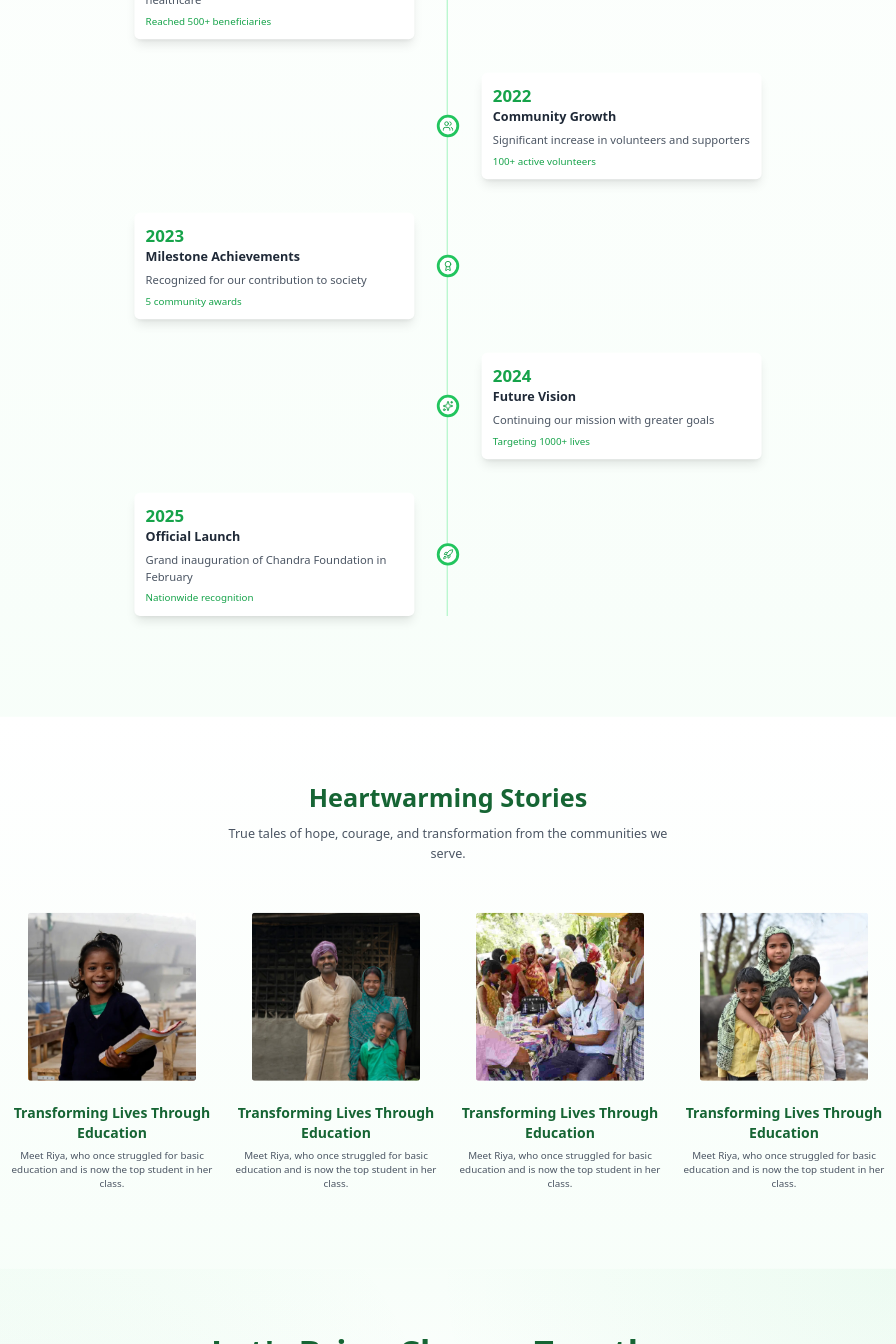
Repository: rajukumar2003/chandra-foundation
Page: /
The author's editor kept a copy of each file at every save. The page is drawn from the files as they stood at one save, then again after a run of saves.
The browser window is 1280 px wide. The pictures show the part of the page from y = 4580 to 6500 px (the page is 7141 px tall), at 70% of full size.
The project was rebuilt for these pictures with package versions that can differ from the ones it lists, and the page was loaded fresh each time. The framework's server and built-in components were replaced by stand-ins that run in the browser. Also part of the build but not shown: next.config.ts.

Above is the page before, as saved 2025-04-15 09:09:10.

### app/layout.tsx
import type { Metadata } from "next";
import { Geist, Geist_Mono } from "next/font/google";
import "./globals.css";
import Navbar from "./components/navbar";
import Footer from "./components/Footer";
import { LanguageProvider } from "./contexts/LanguageContext";

const geistSans = Geist({
  variable: "--font-geist-sans",
  subsets: ["latin"],
});

const geistMono = Geist_Mono({
  variable: "--font-geist-mono",
  subsets: ["latin"],
});

export const metadata: Metadata = {
  title: "Create Next App",
  description: "Generated by create next app",
};

export default function RootLayout({
  children,
}: Readonly<{
  children: React.ReactNode;
}>) {
  return (
    <html lang="en">
      <body
        className={`${geistSans.variable} ${geistMono.variable} antialiased`}
      >
        <LanguageProvider>
          <Navbar />
          {children}
          <Footer />
        </LanguageProvider>
      </body>
    </html>
  );
}

### app/(root)/page.tsx
import AboutUs from "../components/AboutUs";
import HeroSection from "../components/HeroSection";
import OurPrograms from "../components/OurPrograms";
import ImpactSection from "../components/ImpactSection"
import StorySection from "../components/StorySection";
// import FoundersMessage from "../components/FoundersMessage";
import HistoryTimeline from "../components/HistoryTimeline";
import CtaSection from "../components/CtaSection";
import WhyCare from "../components/WhyCare";

export default function Home() {
  return (
    <main className="overflow-hidden">
      <HeroSection />
      <WhyCare/>
      <AboutUs />
      <OurPrograms />
      <ImpactSection />
      <HistoryTimeline/>
      <StorySection/>
      {/* <FoundersMessage/> */}
      <CtaSection/>
    </main>
  );
}

### app/globals.css
@tailwind base;
@tailwind components;
@tailwind utilities;
@layer base {
  :root {
    --background: 0 0% 100%;
    --foreground: 0 0% 3.9%;
    --card: 0 0% 100%;
    --card-foreground: 0 0% 3.9%;
    --popover: 0 0% 100%;
    --popover-foreground: 0 0% 3.9%;
    --primary: 0 0% 9%;
    --primary-foreground: 0 0% 98%;
    --secondary: 0 0% 96.1%;
    --secondary-foreground: 0 0% 9%;
    --muted: 0 0% 96.1%;
    --muted-foreground: 0 0% 45.1%;
    --accent: 0 0% 96.1%;
    --accent-foreground: 0 0% 9%;
    --destructive: 0 84.2% 60.2%;
    --destructive-foreground: 0 0% 98%;
    --border: 0 0% 89.8%;
    --input: 0 0% 89.8%;
    --ring: 0 0% 3.9%;
    --chart-1: 12 76% 61%;
    --chart-2: 173 58% 39%;
    --chart-3: 197 37% 24%;
    --chart-4: 43 74% 66%;
    --chart-5: 27 87% 67%;
    --radius: 0.5rem
  }
  .dark {
    --background: 0 0% 3.9%;
    --foreground: 0 0% 98%;
    --card: 0 0% 3.9%;
    --card-foreground: 0 0% 98%;
    --popover: 0 0% 3.9%;
    --popover-foreground: 0 0% 98%;
    --primary: 0 0% 98%;
    --primary-foreground: 0 0% 9%;
    --secondary: 0 0% 14.9%;
    --secondary-foreground: 0 0% 98%;
    --muted: 0 0% 14.9%;
    --muted-foreground: 0 0% 63.9%;
    --accent: 0 0% 14.9%;
    --accent-foreground: 0 0% 98%;
    --destructive: 0 62.8% 30.6%;
    --destructive-foreground: 0 0% 98%;
    --border: 0 0% 14.9%;
    --input: 0 0% 14.9%;
    --ring: 0 0% 83.1%;
    --chart-1: 220 70% 50%;
    --chart-2: 160 60% 45%;
    --chart-3: 30 80% 55%;
    --chart-4: 280 65% 60%;
    --chart-5: 340 75% 55%
  }
}
@layer base {
  * {
    @apply border-border;
  }
  body {
    @apply bg-background text-foreground;
  }
}

@keyframes float {
  0%, 100% {
    transform: translateY(0);
  }
  50% {
    transform: translateY(-20px);
  }
}

@keyframes float-delayed {
  0%, 100% {
    transform: translateY(0);
  }
  50% {
    transform: translateY(-15px);
  }
}

.animate-float {
  animation: float 6s ease-in-out infinite;
}

.animate-float-delayed {
  animation: float-delayed 5s ease-in-out infinite;
  animation-delay: 1s;
}

### app/contexts/LanguageContext.tsx
"use client"

import type React from "react"
import { createContext, useState, useContext, useEffect, type ReactNode } from "react"
import en from "../i18n/locales/en"
import hi from "../i18n/locales/hi"

// Define available languages
export type Language = "en" | "hi"

// Define the shape of our translations
export type TranslationsType = typeof en

// Define the context shape
interface LanguageContextType {
  language: Language
  translations: TranslationsType
  setLanguage: (language: Language) => void
  t: (key: string) => string
}

// Create the context with default values
const LanguageContext = createContext<LanguageContextType>({
  language: "en",
  translations: en,
  setLanguage: () => {},
  t: () => "",
})

// Provider component
interface LanguageProviderProps {
  children: ReactNode
}

export const LanguageProvider: React.FC<LanguageProviderProps> = ({ children }) => {
  // Get initial language from localStorage if available, otherwise default to 'en'
  const [language, setLanguage] = useState<Language>("en")
  const [translations, setTranslations] = useState<TranslationsType>(en)

  // Load saved language preference from localStorage on initial render
  useEffect(() => {
    const savedLanguage = localStorage.getItem("language") as Language
    if (savedLanguage && (savedLanguage === "en" || savedLanguage === "hi")) {
      setLanguage(savedLanguage)
    }
  }, [])

  // Update translations when language changes
  useEffect(() => {
    // Save language preference to localStorage
    localStorage.setItem("language", language)

    // Set translations based on selected language
    setTranslations(language === "en" ? en : hi)
  }, [language])

  // Translation function
  const t = (key: string): string => {
    // Split the key by dots to access nested properties
    const keys = key.split(".")

    // Try to get the translation
    let translation: any = translations

    for (const k of keys) {
      if (translation && translation[k] !== undefined) {
        translation = translation[k]
      } else {
        // If translation not found, try to get it from English as fallback
        let fallback: any = en
        for (const fk of keys) {
          if (fallback && fallback[fk] !== undefined) {
            fallback = fallback[fk]
          } else {
            return key // Return the key itself if not found in fallback
          }
        }
        return typeof fallback === "string" ? fallback : key
      }
    }

    return typeof translation === "string" ? translation : key
  }

  return (
    <LanguageContext.Provider value={{ language, translations, setLanguage, t }}>{children}</LanguageContext.Provider>
  )
}

// Custom hook for using the language context
export const useLanguage = () => useContext(LanguageContext)

### app/components/AboutUs.tsx
"use client";

import { Button } from "@/components/ui/button";
import Image from "next/image";
import { useRouter } from "next/navigation";
import { useLanguage } from "../contexts/LanguageContext";

export default function AboutUs() {
  const router = useRouter();
  const { translations } = useLanguage();

  const handleKnowMore = () => {
    router.push("/aboutUs");
  };

  return (
    <div className="bg-gradient-to-b from-green-50/50 to-white">
      <section className="container mx-auto px-4 py-16 lg:py-24">
        <div className="text-center mb-16">
          <h2 className="text-3xl md:text-4xl font-bold text-green-800 mb-4">
          {translations.about.title}
          </h2>
          {/* <div className="w-20 h-1 bg-green-600 mx-auto"></div> */}
        </div>

        <div className="grid lg:grid-cols-2 gap-12 lg:gap-16 items-start">
          {/* Left Side: Image */}
          <div className="relative aspect-[4/3] w-full max-w-md mx-auto lg:max-w-none rounded-2xl overflow-hidden shadow-xl">
            <Image
              src="/images/about us.jpg"
              alt="About Chandra Foundation"
              fill
              className="object-cover"
              sizes="(max-width: 768px) 100vw, 40vw"
            />
          </div>

          {/* Right Side: Content */}
          <div className="space-y-16">
            <div>
              {/* <h3 className="text-2xl font-semibold text-green-700 mb-3">
                About Us
              </h3> */}
              <p className="text-gray-600 leading-relaxed">
              {translations.about.desc}
              </p>
            </div>

            {/* Quote */}
            <blockquote className="relative pl-4 border-l-4 border-green-500 italic text-gray-700 text-xl">
            {translations.about.quote}
              <div className="w-2 h-2 bg-green-500 absolute -left-[5px] -top-2 rounded-full"></div>
              <div className="w-2 h-2 bg-green-500 absolute -left-[5px] -bottom-2 rounded-full"></div>
            </blockquote>

            <div className="grid md:grid-cols-2 gap-8">
              <div>
                <h3 className="text-xl font-semibold text-green-700 mb-3 flex items-center">
                  <span className="w-8 h-[2px] bg-green-500 mr-3"></span>
                  {translations.vision.title}
                </h3>
                <p className="text-gray-600 leading-relaxed">
                {translations.vision.desc}
                </p>
              </div>

              <div>
                <h3 className="text-xl font-semibold text-green-700 mb-3 flex items-center">
                  <span className="w-8 h-[2px] bg-green-500 mr-3"></span>
                  {translations.mission.title}
                </h3>
                <p className="text-gray-600 leading-relaxed">
                {translations.mission.desc}
                </p>
              </div>
            </div>

            <div className="pt-2">
              <Button
                size="lg"
                className="bg-green-600 hover:bg-green-700 text-white rounded-full"
                onClick={handleKnowMore}
              >
                {translations.know.more}
              </Button>
            </div>
          </div>
        </div>
      </section>
    </div>
  );
}

### app/components/StorySection.tsx
'use client'

import { motion } from "framer-motion"
import Image from "next/image"
import { useLanguage } from "../contexts/LanguageContext"

const stories = [
  {
    image: "/images/riyaa.jpg",
    title: "Education Changes Lives",
    description: "Meet Riya, who went from struggling with basic education to becoming a top student in her class.",
    category: "Education"
  },
  {
    image: "/images/family.jpg",
    title: "Nourishing Dreams",
    description: "How our meal program helped Ram's family overcome food insecurity and focus on their children's future.",
    category: "Food Security"
  },
  {
    image: "/images/community_healthcare.jpg",
    title: "Healthcare for All",
    description: "The story of a community that gained access to basic healthcare through our medical camps.",
    category: "Healthcare"
  },
  {
    image: "/images/fam.jpg",
    title: "Building Communities",
    description: "Witness how collective effort transformed a struggling neighborhood into a thriving community.",
    category: "Community"
  }
]

export default function StorySection() {
  const {translations} = useLanguage();

  const stories = [
    {
      image: "/images/riyaa.jpg",
      title: translations.story[1].title,
      description: translations.story[1].desc,
      category: "Education"
    },
    {
      image: "/images/family.jpg",
      title: translations.story[1].title,
      description: translations.story[1].desc,
      category: "Food Security"
    },
    {
      image: "/images/community_healthcare.jpg",
      title: translations.story[1].title,
      description: translations.story[1].desc,
      category: "Healthcare"
    },
    {
      image: "/images/fam.jpg",
      title: translations.story[1].title,
      description: translations.story[1].desc,
      category: "Community"
    }
  ]

  return (
    <section className="py-24 bg-gradient-to-b from-white to-green-50/50">
      <div className="container mx-auto px-4">
        <motion.div
          initial={{ opacity: 0, y: 20 }}
          whileInView={{ opacity: 1, y: 0 }}
          viewport={{ once: true }}
          transition={{ duration: 0.6 }}
          className="text-center mb-16"
        >
          <h2 className="text-3xl md:text-4xl font-bold text-green-800 mb-4">
            {translations.stories.title}
          </h2>
          <p className="text-gray-600 max-w-2xl mx-auto text-lg">
            {translations.stories.desc}
          </p>
        </motion.div>

        <div className="grid grid-cols-1 md:grid-cols-2 lg:grid-cols-4 gap-8">
          {stories.map((story, index) => (
            <motion.div
              key={story.title}
              initial={{ opacity: 0, y: 20 }}
              whileInView={{ opacity: 1, y: 0 }}
              viewport={{ once: true }}
              transition={{ duration: 0.6, delay: index * 0.1 }}
              className="group"
            >
              <div className="text-center space-y-4">
                {/* Image Container */}
                <div className="relative w-64 h-64 mx-auto mb-6">
                  {/* <div className="absolute inset-0 rounded-md border-2 border-green-200 group-hover:border-green-400 transition-colors duration-300" /> */}
                  <div className="absolute inset-2 rounded-sm overflow-hidden">
                    <Image
                      src={story.image}
                      alt={story.title}
                      fill
                      className="object-cover transition-transform duration-300 group-hover:scale-110"
                    />
                  </div>
                  {/* Category Badge */}
                  {/* <div className="absolute -bottom-2 left-1/2 -translate-x-1/2 bg-green-600 text-white text-xs px-3 py-1 text-nowrap rounded-full">
                    {story.category}
                  </div> */}
                </div>

                {/* Content */}
                <div>
                  <h3 className="text-xl font-semibold text-green-800 mb-2 group-hover:text-green-600 transition-colors duration-300">
                    {story.title}
                  </h3>
                  <p className="text-gray-600 text-sm mb-4">
                    {story.description}
                  </p>
                </div>

                {/* Read More Link */}
                {/* <Button
                  variant="outline"
                  className="border-green-600 text-green-600 hover:bg-green-600 hover:text-white"
                >
                  Read Full Story
                </Button> */}
              </div>
            </motion.div>
          ))}
        </div>
      </div>
    </section>
  )
}

### app/components/CtaSection.tsx
"use client";

import { motion } from "framer-motion";
import { Button } from "@/components/ui/button";
import { ArrowRight } from "lucide-react";
import { useLanguage } from "../contexts/LanguageContext";
import { useRouter } from "next/navigation";

export default function CtaSection() {
  const router = useRouter();

  const {translations} = useLanguage();

  const handleClick = () => {
    router.push('/contactUs');
  };

  return (
    <section className="py-24 bg-gradient-to-b from-green-50/50 to-white relative overflow-hidden">
      {/* Background Elements */}
      <div className="absolute inset-0">
        <div className="absolute inset-0 bg-[radial-gradient(circle_at_top_right,rgba(34,197,94,0.05),transparent_50%)]" />
        <div className="absolute inset-0 bg-[radial-gradient(circle_at_bottom_left,rgba(34,197,94,0.05),transparent_50%)]" />
      </div>

      <div className="container mx-auto px-4 relative">
        <div className="max-w-5xl mx-auto">
          <motion.div
            initial={{ opacity: 0, y: 20 }}
            whileInView={{ opacity: 1, y: 0 }}
            viewport={{ once: true }}
            transition={{ duration: 0.6 }}
            className="items-center"
          >
            {/* Text Content */}
            <div className="text-center space-y-8">
              <h2 className="text-4xl md:text-5xl font-bold text-green-800 leading-tight">
                {translations.cta.title}
              </h2>
              {/* <p className="text-xl text-gray-600">
                Let's create the{" "}
                <span className="text-green-600 font-semibold">DIFFERENCE</span>{" "}
                our community needs
              </p> */}

              <motion.p
                initial={{ opacity: 0, y: 20 }}
                whileInView={{ opacity: 1, y: 0 }}
                viewport={{ once: true }}
                transition={{ duration: 0.6, delay: 0.4 }}
                className="mt-12 text-xl text-gray-600 italic"
              >
                {translations.cta.quote}
              </motion.p>
              <motion.div
                initial={{ opacity: 0, x: -20 }}
                whileInView={{ opacity: 1, x: 0 }}
                viewport={{ once: true }}
                transition={{ duration: 0.6, delay: 0.2 }}
              >
                <Button
                  size="lg"
                  className="bg-green-600 hover:bg-green-700 text-white group"
                  onClick={handleClick}
                >
                  {translations.cta.join}
                  <ArrowRight className="ml-2 h-4 w-4 transition-transform group-hover:translate-x-1" />
                </Button>
              </motion.div>
            </div>
          </motion.div>
        </div>
      </div>
    </section>
  );
}

### components/ui/button.tsx
import * as React from "react"
import { Slot } from "@radix-ui/react-slot"
import { cva, type VariantProps } from "class-variance-authority"

import { cn } from "@/lib/utils"

const buttonVariants = cva(
  "inline-flex items-center justify-center gap-2 whitespace-nowrap rounded-md text-sm font-medium transition-colors focus-visible:outline-none focus-visible:ring-1 focus-visible:ring-ring disabled:pointer-events-none disabled:opacity-50 [&_svg]:pointer-events-none [&_svg]:size-4 [&_svg]:shrink-0",
  {
    variants: {
      variant: {
        default:
          "bg-primary text-primary-foreground shadow hover:bg-primary/90",
        destructive:
          "bg-destructive text-destructive-foreground shadow-sm hover:bg-destructive/90",
        outline:
          "border border-input bg-background shadow-sm hover:bg-accent hover:text-accent-foreground",
        secondary:
          "bg-secondary text-secondary-foreground shadow-sm hover:bg-secondary/80",
        ghost: "hover:bg-accent hover:text-accent-foreground",
        link: "text-primary underline-offset-4 hover:underline",
      },
      size: {
        default: "h-9 px-4 py-2",
        sm: "h-8 rounded-md px-3 text-xs",
        lg: "h-10 rounded-md px-8",
        icon: "h-9 w-9",
      },
    },
    defaultVariants: {
      variant: "default",
      size: "default",
    },
  }
)

export interface ButtonProps
  extends React.ButtonHTMLAttributes<HTMLButtonElement>,
    VariantProps<typeof buttonVariants> {
  asChild?: boolean
}

const Button = React.forwardRef<HTMLButtonElement, ButtonProps>(
  ({ className, variant, size, asChild = false, ...props }, ref) => {
    const Comp = asChild ? Slot : "button"
    return (
      <Comp
        className={cn(buttonVariants({ variant, size, className }))}
        ref={ref}
        {...props}
      />
    )
  }
)
Button.displayName = "Button"

export { Button, buttonVariants }

### app/components/LanguageSelector.tsx
"use client"

import { useLanguage } from "../contexts/LanguageContext"
import { languages } from "../i18n"
import { Button } from "@/components/ui/button"
import { DropdownMenu, DropdownMenuContent, DropdownMenuItem, DropdownMenuTrigger } from "@/components/ui/dropdown-menu"
import { Globe } from "lucide-react"

export default function LanguageSelector() {
  const { language, setLanguage, t } = useLanguage()

  return (
    <DropdownMenu>
      <DropdownMenuTrigger asChild>
        <Button variant="ghost" size="sm" className="flex items-center gap-1">
          <Globe className="h-4 w-4" />
          <span>{t("nav.language")}</span>
        </Button>
      </DropdownMenuTrigger>
      <DropdownMenuContent align="end">
        {Object.entries(languages).map(([code, name]) => (
          <DropdownMenuItem
            key={code}
            onClick={() => setLanguage(code as "en" | "hi")}
            className={language === code ? "bg-green-50 font-medium text-green-600" : ""}
          >
            {name}
          </DropdownMenuItem>
        ))}
      </DropdownMenuContent>
    </DropdownMenu>
  )
}

### components/ui/input.tsx
import * as React from "react"

import { cn } from "@/lib/utils"

const Input = React.forwardRef<HTMLInputElement, React.ComponentProps<"input">>(
  ({ className, type, ...props }, ref) => {
    return (
      <input
        type={type}
        className={cn(
          "flex h-9 w-full rounded-md border border-input bg-transparent px-3 py-1 text-base shadow-sm transition-colors file:border-0 file:bg-transparent file:text-sm file:font-medium file:text-foreground placeholder:text-muted-foreground focus-visible:outline-none focus-visible:ring-1 focus-visible:ring-ring disabled:cursor-not-allowed disabled:opacity-50 md:text-sm",
          className
        )}
        ref={ref}
        {...props}
      />
    )
  }
)
Input.displayName = "Input"

export { Input }

### app/i18n/index.ts
import en from "./locales/en"
import hi from "./locales/hi"

export type Language = "en" | "hi"

export const languages: Record<Language, string> = {
  en: "English",
  hi: "हिंदी",
}

export const getTranslations = (language: Language) => {
  switch (language) {
    case "hi":
      return hi
    case "en":
    default:
      return en
  }
}

export const defaultLanguage: Language = "en"

Loaded but not shown: lib/utils.ts (common file); tailwind.config.js (83 lines, source omitted); app/i18n/locales/en.ts (343 lines, source omitted); app/i18n/locales/hi.ts (349 lines, source omitted); app/components/OurPrograms.jsx (222 lines, source omitted); components/ui/dropdown-menu.tsx (201 lines, source omitted); app/components/navbar.tsx (196 lines, source omitted); app/components/HeroSection.tsx (162 lines, source omitted); app/components/HistoryTimeline.tsx (115 lines, source omitted); app/components/Footer.tsx (122 lines, source omitted); app/components/ImpactSection.tsx (141 lines, source omitted); app/components/WhyCare.tsx (112 lines, source omitted)

After the next 6 saves:
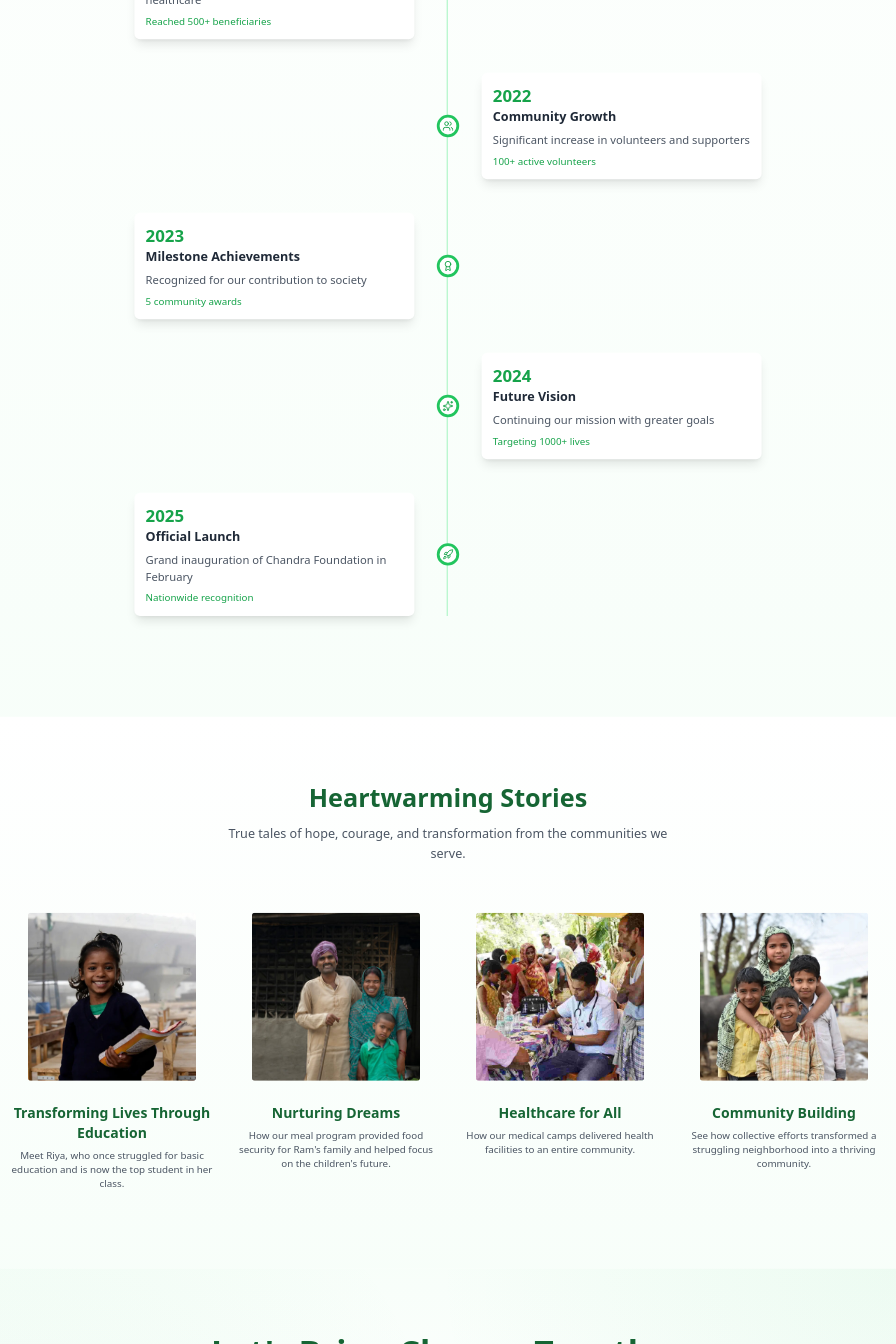
The 6 saves are shown as one change because they came seconds apart.
The last was saved 19 s later.
--- a/app/components/StorySection.tsx
+++ b/app/components/StorySection.tsx
@@ -43,20 +43,20 @@
     },
     {
       image: "/images/family.jpg",
-      title: translations.story[1].title,
-      description: translations.story[1].desc,
+      title: translations.story[2].title,
+      description: translations.story[2].desc,
       category: "Food Security"
     },
     {
       image: "/images/community_healthcare.jpg",
-      title: translations.story[1].title,
-      description: translations.story[1].desc,
+      title: translations.story[3].title,
+      description: translations.story[3].desc,
       category: "Healthcare"
     },
     {
       image: "/images/fam.jpg",
-      title: translations.story[1].title,
-      description: translations.story[1].desc,
+      title: translations.story[4].title,
+      description: translations.story[4].desc,
       category: "Community"
     }
   ]
